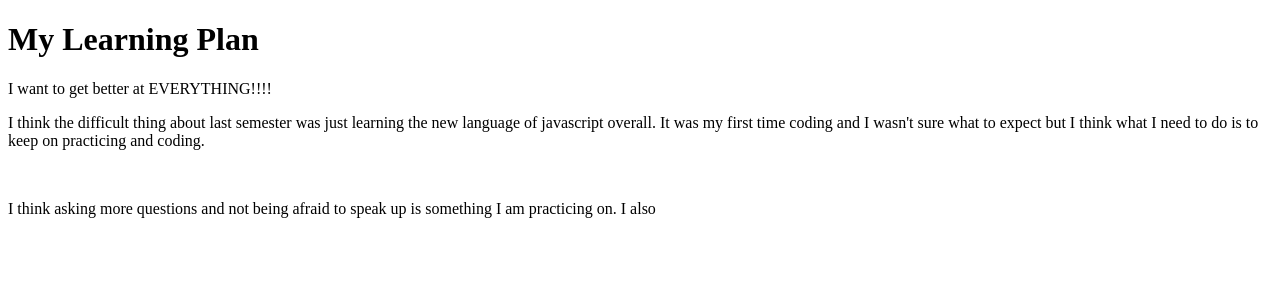
Repository: boofoo-png/mdia-2109
Page: learning-plan.html
An editor plug-in stored every save of this project. The page is shown before and after the next save, followed by the edit.
The browser window is 1280 px wide. The pictures show the whole page.

Above is the page before, as saved 2026-01-26 11:39:07.

### learning-plan.html
<!doctype html>
<html lang="en">
    <head>
        <meta charset="UTF-8" />
        <meta name="viewport" content="width=device-width, initial-scale=1.0" />
        <title>Learning Plan</title>
    </head>
    <body>
        <h1>My Learning Plan</h1>
        <p>I want to get better at EVERYTHING!!!!</p>
        <p>I think the difficult thing about last semester was just learning the new language of javascript overall. It was my first time coding and I wasn't sure what to expect but I think what I need to do is to keep on practicing and coding.</p>
        <br><p>I think asking more questions and not being afraid to speak up is something I am practicing on. I also</p>

    </body>
</html>

After the next save:
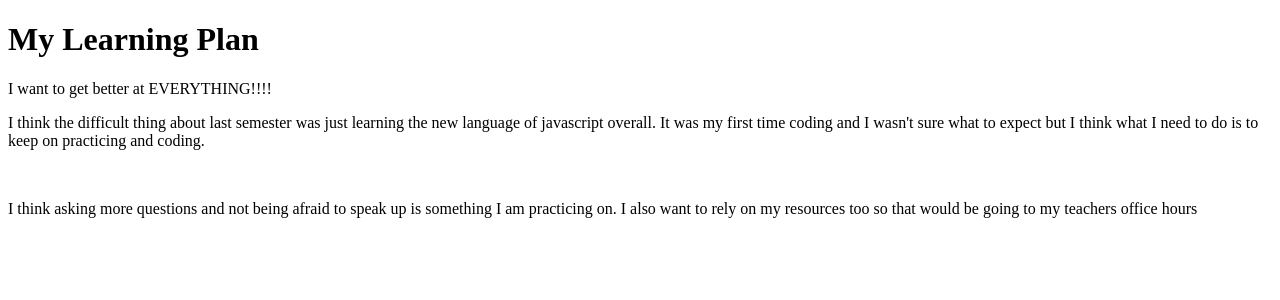
Saved 12 s later.
--- a/learning-plan.html
+++ b/learning-plan.html
@@ -9,7 +9,7 @@
         <h1>My Learning Plan</h1>
         <p>I want to get better at EVERYTHING!!!!</p>
         <p>I think the difficult thing about last semester was just learning the new language of javascript overall. It was my first time coding and I wasn't sure what to expect but I think what I need to do is to keep on practicing and coding.</p>
-        <br><p>I think asking more questions and not being afraid to speak up is something I am practicing on. I also</p>
+        <br><p>I think asking more questions and not being afraid to speak up is something I am practicing on. I also want to rely on my resources too so that would be going to my teachers office hours </p>
 
     </body>
 </html>
